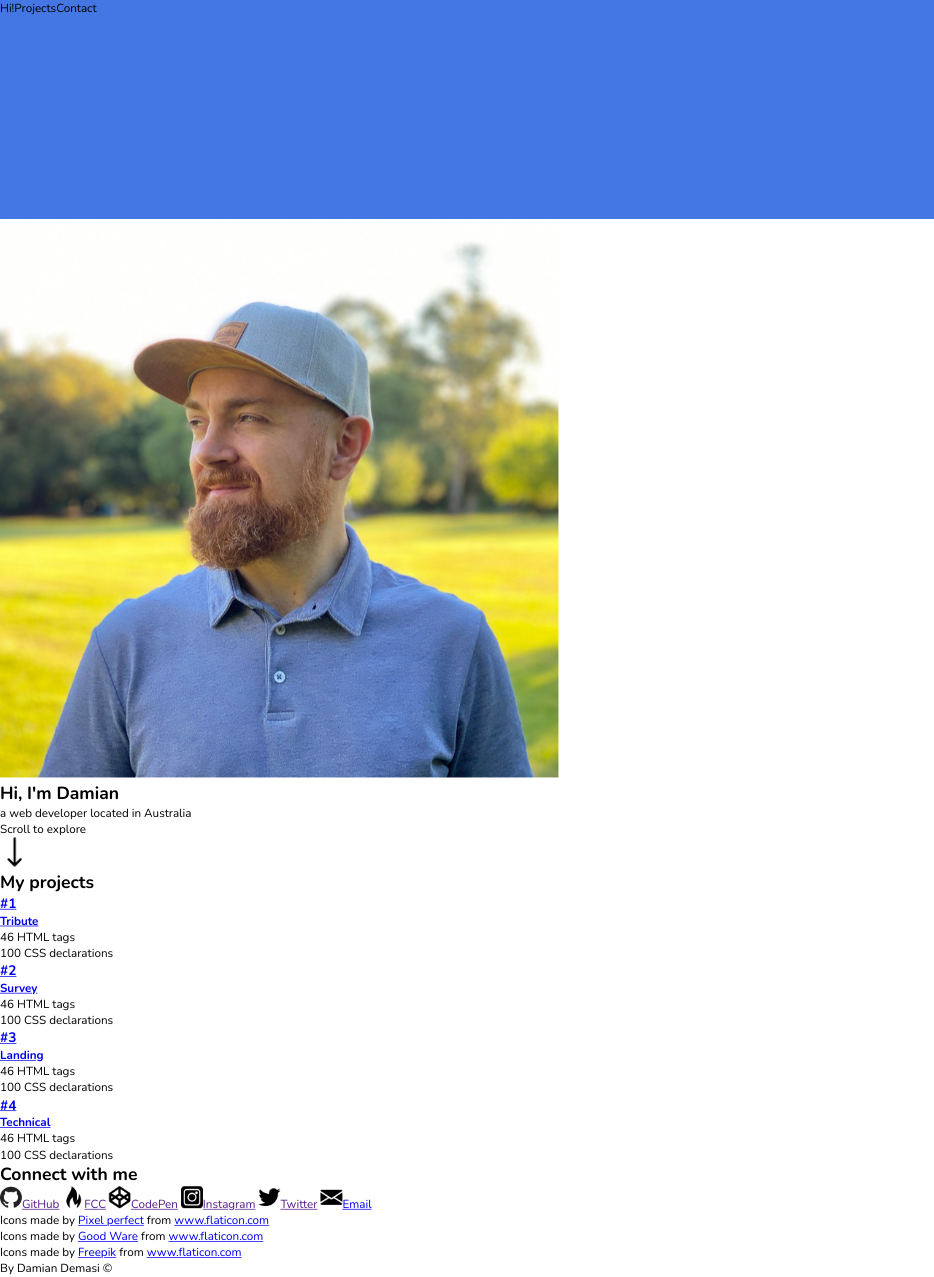
Repository: Colo-Codes/freecodecamp-05-Personal-Portfolio-Webpage
Page: index.html
An editor plug-in stored every save of this project. The page is shown before and after a run of saves, followed by the edit.
The browser window is 1280 px wide. The pictures show the whole page, at 73% of full size.

Above is the page before, as saved 2021-06-03 11:13:21.

After the next 2 saves:
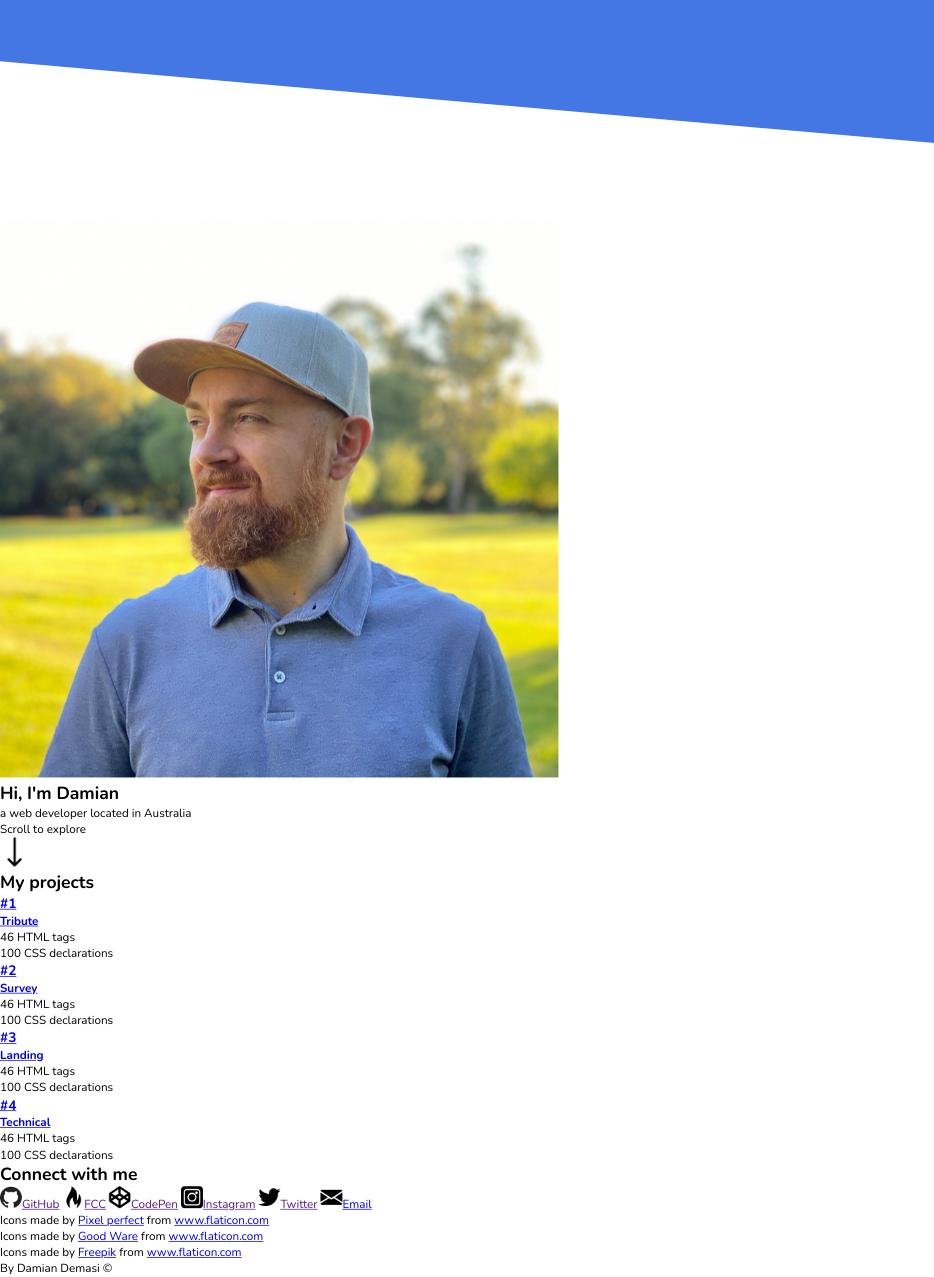
The 2 saves are shown as one change because they came seconds apart.
The last was saved 16 s later.
--- a/css/index.css
+++ b/css/index.css
@@ -31,11 +31,12 @@ body {
     /* 1rem = 16px -> 18.75rem = 300px */
     height: 18.75rem;
     width: 100%;
-    /* transform: skewY(5deg) translateY(-10rem); */
+    transform: skewY(5deg) translateY(-10rem);
 }
 .navbar-flex-item {
     list-style: none;
     display: block;
+    margin-top: 10rem;
     /* transform: translateY(-10rem); */
 
 }
